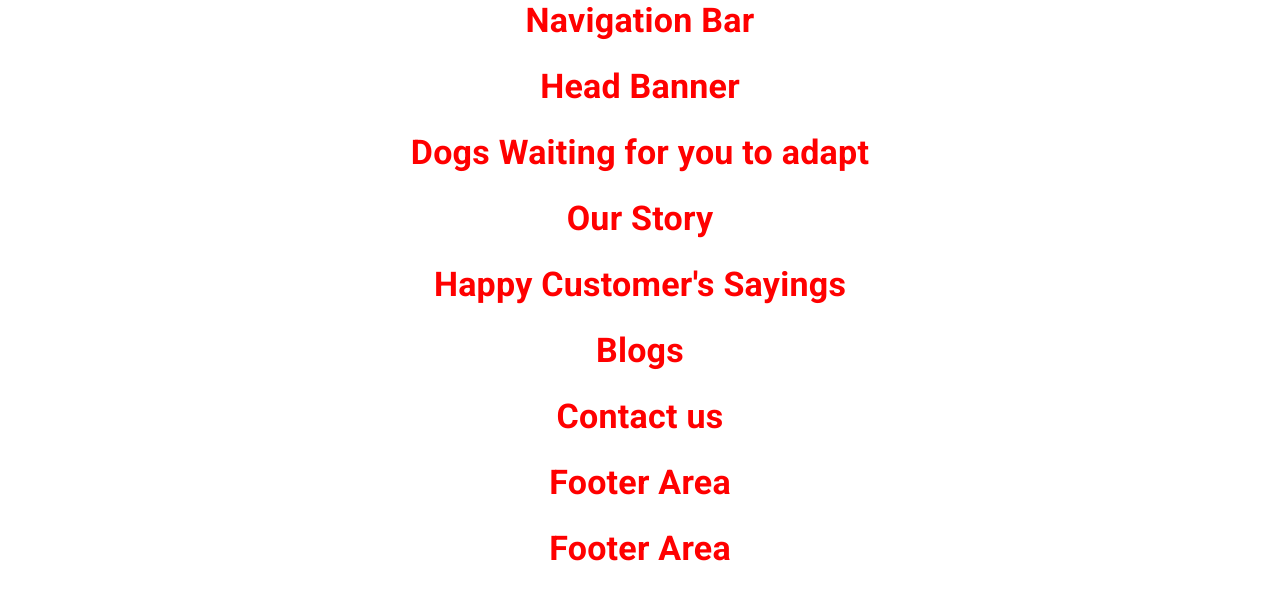
Repository: Sharif-00112/dogos-paradise-client
Page: /
These files come from the project's save history. The page is drawn as it stood at one moment and after the next save; the edit follows.
The browser window is 1280 px wide. The pictures show the whole page.
The project was rebuilt for these pictures with package versions that can differ from the ones it lists, and the page was loaded fresh each time. Also part of the build but not shown: src/Pages/Login/Login/Login.js, src/Pages/Login/Register/Register.js, src/Pages/NotFound/NotFound.js.

Above is the page before, as saved 2022-11-30 21:25:09.

After the next save:
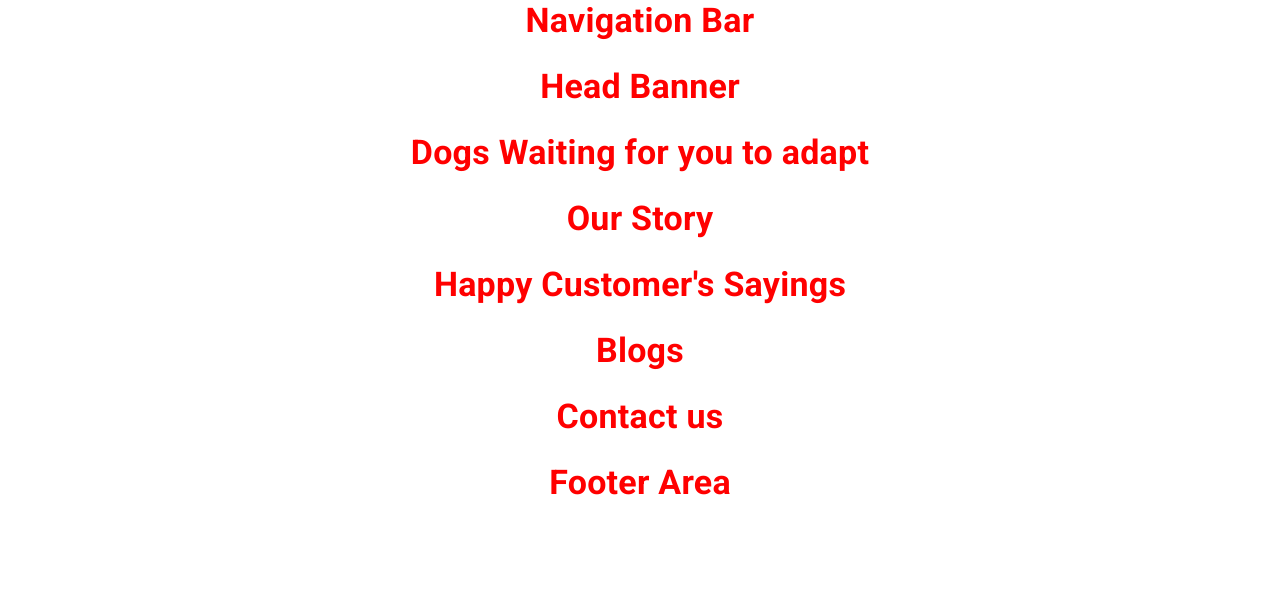
Saved 57 s later.
--- a/src/Pages/Home/Home/Home.js
+++ b/src/Pages/Home/Home/Home.js
@@ -1,5 +1,4 @@
 import React from 'react';
-import Footer from '../../Shared/Footer/Footer';
 import Navigation from '../../Shared/Navigation/Navigation';
 import Banner from '../Banner/Banner';
 import Blogs from '../Blogs/Blogs';
@@ -18,7 +17,6 @@
             <CustomerReviews></CustomerReviews>
             <Blogs></Blogs>
             <Contact></Contact>
-            <Footer></Footer>
         </div>
     );
 };

After the save that followed:
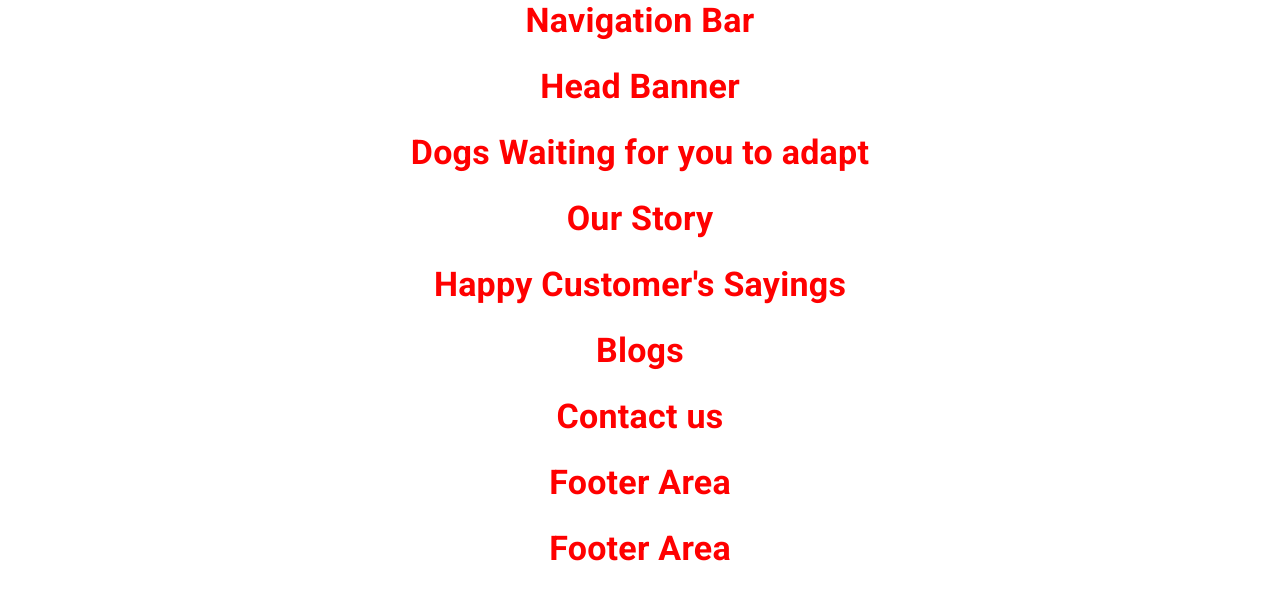
Saved 22 s later.
--- a/src/Pages/Home/Home/Home.js
+++ b/src/Pages/Home/Home/Home.js
@@ -1,4 +1,5 @@
 import React from 'react';
+import Footer from '../../Shared/Footer/Footer';
 import Navigation from '../../Shared/Navigation/Navigation';
 import Banner from '../Banner/Banner';
 import Blogs from '../Blogs/Blogs';
@@ -17,6 +18,7 @@
             <CustomerReviews></CustomerReviews>
             <Blogs></Blogs>
             <Contact></Contact>
+            <Footer></Footer>
         </div>
     );
 };
